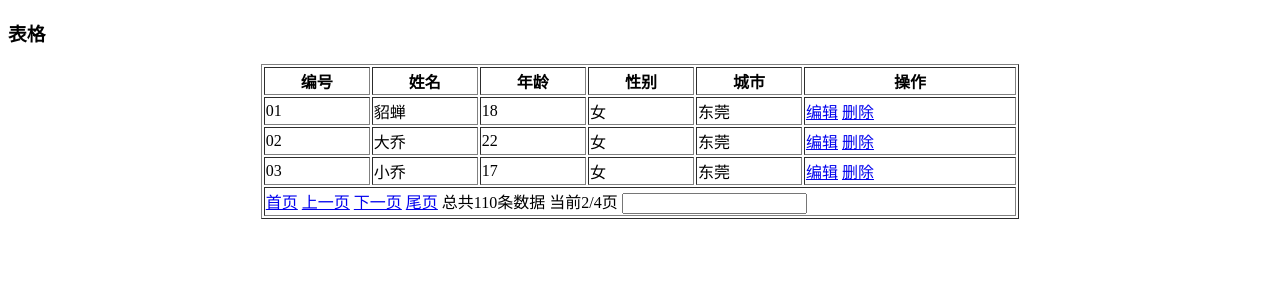
Repository: qyl1006/JavaApps
Page: workspace/html/WebContent/hello/list02.html
An editor plug-in stored every save of this project. The page is shown before and after the next save, followed by the edit.
The browser window is 1280 px wide. The pictures show the whole page.

Above is the page before, as saved 2018-02-27 05:06:15.

### workspace/html/WebContent/hello/list02.html
<!DOCTYPE html PUBLIC "-//W3C//DTD HTML 4.01 Transitional//EN" "http://www.w3.org/TR/html4/loose.dtd">
<html>
<head>
<meta http-equiv="Content-Type" content="text/html; charset=UTF-8">
<title>Insert title here</title>
</head>
<body>
	<h3>表格</h3>
	<table align="center" border="1" width="60%">
		<tr>
			<th>编号</th>
			<th>姓名</th>
			<th>年龄</th>
			<th>性别</th>
			<th>城市</th>
			<th>操作</th>
		</tr>
		<tr>
			<td>01</td>
			<td>貂蝉</td>
			<td>18</td>
			<td>女</td>
			<td>东莞</td>
			<td>
				<a href="#">编辑</a>
				<a href="#">删除</a>
			</td>
		</tr>
		<tr>
			<td>02</td>
			<td>大乔</td>
			<td>22</td>
			<td>女</td>
			<td>东莞</td>
			<td>
				<a href="#">编辑</a>
				<a href="#">删除</a>
			</td>
		</tr>
		<tr>
			<td>03</td>
			<td>小乔</td>
			<td>17</td>
			<td>女</td>
			<td>东莞</td>
			<td>
				<a href="#">编辑</a>
				<a href="#">删除</a>
			</td>
		</tr>
		<tr>
			<td colspan="6">
				<a href="#">首页</a>
				<a href="#">上一页</a>
				<a href="#">下一页</a>
				<a href="#">尾页</a>
				总共110条数据
				当前2/4页
				<input type="number"/>
			</td>
		</tr>
	</table>
</body>
</html>

After the next save:
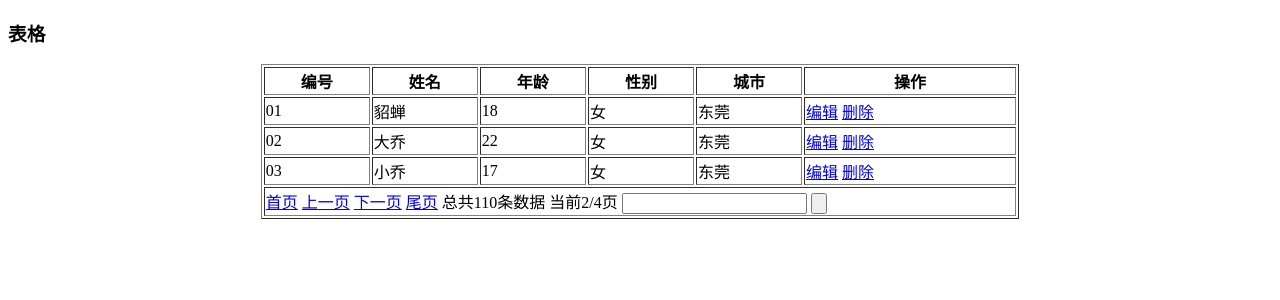
Saved 21 s later.
--- a/workspace/html/WebContent/hello/list02.html
+++ b/workspace/html/WebContent/hello/list02.html
@@ -57,6 +57,7 @@
 				总共110条数据
 				当前2/4页
 				<input type="number"/>
+				<input type="button"/>
 			</td>
 		</tr>
 	</table>
